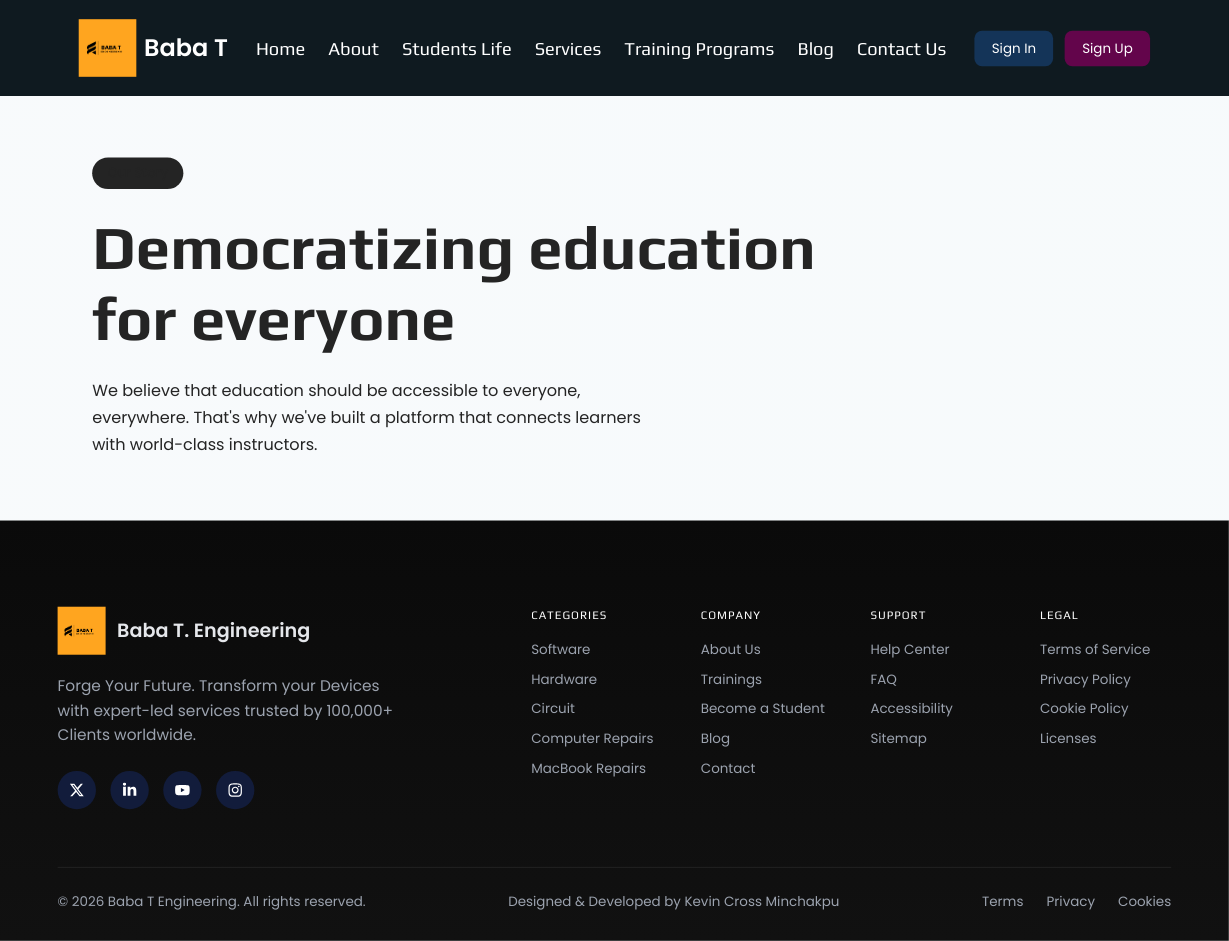
Repository: KC-Minchakpu/babatunde
Page: /about/history
An editor plug-in stored every save of this project. The page is shown before and after the next save, followed by the edit.
The browser window is 1280 px wide. The pictures show the whole page, at 96% of full size.
The project was rebuilt for these pictures with package versions that can differ from the ones it lists, and the page was loaded fresh each time. The framework's server and built-in components were replaced by stand-ins that run in the browser. Also part of the build but not shown: next.config.ts.

Above is the page before, as saved 2026-02-19 08:57:18.

### src/app/layout.tsx
import type { Metadata } from "next";
import { Play, Poppins } from "next/font/google";
import "./globals.css";
import Header from "@/components/Header/Header";
import Footer from "@/components/Footer/Footer";

const play = Play({
  variable: "--font-play",
  subsets: ["latin"],
  weight: ["400", "700"],
});

const poppins = Poppins({
  variable: "--font-poppins",
  subsets: ["latin"],
  weight: ["400", "500", "600", "700"],
});

export const metadata: Metadata = {
  title: "Baba T Engineering",
  description: "Official web app of Baba T Engineering, a leading engineering company specializing in innovative solutions and cutting-edge technology.",
};

export default function RootLayout({
  children,
}: Readonly<{
  children: React.ReactNode;
}>) {
  return (
    <html lang="en">
      <body
        className={`${play.variable} ${poppins.variable} antialiased`}
      >
        <Header />
        {children}
        <Footer />
      </body>
    </html>
  );
}

### src/app/about/history/page.tsx

import OurHistory from '@/components/About/OurHistoryHero';

export default function OurHistoryPage() {
  return (
    <>
      <OurHistory />
    </>
  );
}

### src/app/globals.css
@import "tailwindcss";

:root {
  --background: #f2fafa;
  --foreground: #1f1e1e;
}

body {
  background: var(--background);
  color: var(--foreground);
  font-family: var(--font-poppins);
}

h1, h2, h3, h4, h5, h6 {
  font-family: var(--font-play);
}

h1 {
  color: red;
  font-size: 35px;
}

### src/components/Header/Header.tsx
"use client";

import Link from "next/link";
import Image from "next/image";
import styles from "./Header.module.css";
import { useState } from "react";

const Header = () => {
  const [isOpen, setIsOpen] = useState(false);

  return (
    <header className={styles.header}>
      <div className={styles.container}>
        {/* Logo */}
        <div className={styles.logo}>
          <Link href="/">
            <Image
              src="/images/logo23.png"
              alt="Baba T Logo"
              width={60}
              height={60}
            />
          </Link>
          <span className={styles.logoText}>Baba T</span>
        </div>

        {/* Navigation */}
        <nav className={styles.nav}>
          <Link href="/">Home</Link>

          <div
            className={styles.dropdown}
            onMouseEnter={() => setIsOpen(true)}
            onMouseLeave={() => setIsOpen(false)}
          >
            <span className={styles.dropdownToggle}>About</span>

            {isOpen && (
              <div className={styles.dropdownMenu}>
                <Link href="/about/history">Our History</Link>
                <Link href="/about/team">Our Team</Link>
                <Link href="/about/mission">Mission & Vision</Link>
                <Link href="/about/values">Core Values</Link>
                <Link href="/about/careers">Careers</Link>
              </div>
            )}
          </div>

          <Link href="/students-life">Students Life</Link>
          <Link href="/services">Services</Link>
          <Link href="/training-programs">Training Programs</Link>
          <Link href="/blog">Blog</Link>
          <Link href="/contact">Contact Us</Link>
        </nav>

        {/* Auth Buttons */}
        <div className={styles.actions}>
          <button className={styles.signIn}>Sign In</button>
          <button className={styles.signUp}>Sign Up</button>
        </div>
      </div>
    </header>
  );
};

export default Header;

### src/components/Footer/Footer.tsx
"use client";

import Image from "next/image";
import styles from "./Footer.module.css";
import {
  FaXTwitter,
  FaLinkedinIn,
  FaYoutube,
  FaInstagram
} from "react-icons/fa6";

export default function Footer() {
  return (
    <footer className={styles.footer}>
      <div className={styles.container}>
        <div className={styles.topSection}>

          {/* LEFT BRAND AREA */}
          <div className={styles.brand}>
            <div className={styles.logo}>
              <Image
                src="/images/logo23.png"
                alt="Baba T Logo"
                width={50}
                height={50}
              />
              <span>Baba T. Engineering</span>
            </div>

            <p>
              Forge Your Future. Transform your Devices with expert-led services
              trusted by 100,000+ Clients worldwide.
            </p>

            {/* SOCIAL ICONS */}
            <div className={styles.socials}>
              <a href="#" aria-label="Twitter">
                <FaXTwitter />
              </a>
              <a href="#" aria-label="LinkedIn">
                <FaLinkedinIn />
              </a>
              <a href="#" aria-label="YouTube">
                <FaYoutube />
              </a>
              <a href="#" aria-label="Instagram">
                <FaInstagram />
              </a>
            </div>
          </div>

          {/* LINKS GRID */}
          <div className={styles.linksGrid}>
            <div>
              <h4>CATEGORIES</h4>
              <a>Software</a>
              <a>Hardware</a>
              <a>Circuit</a>
              <a>Computer Repairs</a>
              <a>MacBook Repairs</a>
            </div>

            <div>
              <h4>COMPANY</h4>
              <a>About Us</a>
              <a>Trainings</a>
              <a>Become a Student</a>
              <a>Blog</a>
              <a>Contact</a>
            </div>

            <div>
              <h4>SUPPORT</h4>
              <a>Help Center</a>
              <a>FAQ</a>
              <a>Accessibility</a>
              <a>Sitemap</a>
            </div>

            <div>
              <h4>LEGAL</h4>
              <a>Terms of Service</a>
              <a>Privacy Policy</a>
              <a>Cookie Policy</a>
              <a>Licenses</a>
            </div>
          </div>
        </div>

        <div className={styles.divider}></div>

        <div className={styles.bottomBar}>
          <p>© 2026 Baba T Engineering. All rights reserved.</p>
          <p>Designed & Developed by Kevin Cross Minchakpu</p>

          <div className={styles.bottomLinks}>
            <a>Terms</a>
            <a>Privacy</a>
            <a>Cookies</a>
          </div>
        </div>
      </div>
    </footer>
  );
}

### src/components/About/OurHistoryHero.tsx
import styles from './OurHistoryHero.module.css';

export default function OurHistoryHero() {
  return (
    <section className={styles.hero}>
      <div className={styles.content}>
        <span className={styles.badge}>Our Story</span>

        <h1 className={styles.heading}>
          Democratizing education <br />
          for <span>everyone</span>
        </h1>

        <p className={styles.description}>
          We believe that education should be accessible to everyone,
          everywhere. That&apos;s why we&apos;ve built a platform that connects
          learners with world-class instructors.
        </p>
      </div>
    </section>
  );
}

### src/components/Header/Header.module.css
.header {
  width: 100%;
  height: 100px;
  background: #0F1A20;
  padding: 20px;
  position: sticky;
  top: 0;
  z-index: 1000;
}

.container {
  width: 90%;
  margin: 0 auto;
  display: flex;
  align-items: center;
  justify-content: space-between;
}

/* Logo */
.logo {
  display: flex;
  align-items: center;
  gap: 8px;
  cursor: pointer;
}

.logoCircle {
  width: 40px;
  height: 40px;
  border-radius: 50%;
  background: linear-gradient(135deg, #8e2de2, #4a00e0);
  display: flex;
  align-items: center;
  justify-content: center;
  color: white;
  font-weight: bold;
}

.logoText {
  font-size: 25px;
  font-weight: 600;
  color: #ffffff;
  font-family: "Poppins", sans-serif;
}

/* Nav */
.nav {
  display: flex;
  align-items: center;
  gap: 24px;
  font-family: 'Play', sans-serif;

}

.nav a,
.dropdownToggle {
  color: #ffffff;
  text-decoration: none;
  font-size: 19px;
  cursor: pointer;
  position: relative;
  transition: color 0.3s ease;
}

.nav a:hover,
.dropdownToggle:hover {
  color: #FFD23F;
}

/* Dropdown */
.dropdown {
  position: relative;
}

.dropdownMenu {
  position: absolute;
  width: 250px;
  top: 35px;
  left: 0;
  background: #0F1A20;
  border-radius: 8px;
  padding: 10px 0;
  min-width: 180px;
  box-shadow: 0 10px 25px rgba(0, 0, 0, 0.15);
  display: flex;
  flex-direction: column;
}

.dropdownMenu a {
  padding: 10px 16px;
  color: #ffffff;
  font-size: 19px;
  text-decoration: none;
  transition: background 0.2s ease;
}

.dropdownMenu a:hover {
  color: #FFD23F;
}

/* Buttons */
.actions {
  display: flex;
  gap: 12px;
}

.signIn {
  padding: 8px 18px;
  border-radius: 8px;
  border: none;
  cursor: pointer;
  color: white;
  background: #143458;
  font-size: 14px;
}

.signUp {
  padding: 8px 18px;
  border-radius: 8px;
  border: none;
  cursor: pointer;
  color: white;
  background: #63054b;
  font-size: 14px;
}

/* Responsive */
@media (max-width: 1024px) {
  .nav {
    display: none;
  }
}

### src/components/Footer/Footer.module.css
.footer {
  background: linear-gradient(
    180deg,
    #0a0a0a,
    #111111
  );
  color: #e5e7eb;
  padding: 90px 0 30px;
}

.container {
  max-width: 1200px;
  margin: 0 auto;
  padding: 0 20px;
}

/* TOP SECTION */
.topSection {
  display: flex;
  justify-content: space-between;
  gap: 60px;
}

/* BRAND */
.brand {
  flex: 1.3;
}

.logo {
  display: flex;
  align-items: center;
  gap: 12px;
  font-weight: 600;
  font-size: 20px;
  margin-bottom: 20px;
}

.logoBox {
  width: 34px;
  height: 34px;
  border-radius: 10px;
  background: linear-gradient(135deg, #14b8a6, #f97316);
}

.brand p {
  color: #9ca3af;
  line-height: 1.6;
  margin-bottom: 24px;
  max-width: 350px;
}

/* =========================
   SOCIAL ICONS
========================= */
.socials {
  display: flex;
  gap: 15px;
  margin-top: 20px;
}

.socials a {
  width: 40px;
  height: 40px;
  background: #121c3b;
  border-radius: 50%;
  display: flex;
  align-items: center;
  justify-content: center;
  color: #ffffff;
  font-size: 16px;
  transition: all 0.3s ease;
}

.socials a:hover {
  background: #f8af28;
  transform: translateY(-4px);
}


/* LINKS GRID */
.linksGrid {
  flex: 2;
  display: grid;
  grid-template-columns: repeat(4, 1fr);
  gap: 40px;
}

.linksGrid h4 {
  font-size: 12px;
  letter-spacing: 1px;
  margin-bottom: 16px;
  color: #ffffff;
}

.linksGrid a {
  display: block;
  font-size: 14px;
  color: #9ca3af;
  margin-bottom: 10px;
  cursor: pointer;
  transition: color 0.3s ease;
}

.linksGrid a:hover {
  color: #ffffff;
}

/* DIVIDER */
.divider {
  height: 1px;
  background: rgba(255, 255, 255, 0.08);
  margin: 60px 0 25px;
}

/* BOTTOM BAR */
.bottomBar {
  display: flex;
  justify-content: space-between;
  align-items: center;
  font-size: 14px;
  color: #9ca3af;
}

.bottomLinks {
  display: flex;
  gap: 24px;
}

.bottomLinks a {
  cursor: pointer;
  transition: color 0.3s ease;
}

.bottomLinks a:hover {
  color: white;
}

/* RESPONSIVE */
@media (max-width: 1024px) {
  .topSection {
    flex-direction: column;
    gap: 50px;
  }

  .linksGrid {
    grid-template-columns: repeat(2, 1fr);
  }

  .bottomBar {
    flex-direction: column;
    gap: 15px;
    text-align: center;
  }
}

@media (max-width: 600px) {
  .linksGrid {
    grid-template-columns: 1fr;
  }
}

### src/components/About/OurHistoryHero.module.css
.hero {
  position: relative;
  min-height: 50vh;
  display: flex;
  align-items: center;
  padding: 4rem 6rem;
  background: linear-gradient(
      to right,
      rgba(248, 250, 252, 0.95),
      rgba(248, 250, 252, 0.8)
    );

  color: #242424;
}

.content {
  max-width: 960px;
}

.badge {
  display: inline-block;
  padding: 0.4rem 1rem;
  border-radius: 999px;
  background: #242424;
  font-size: 0.85rem;
  font-weight: 500;
  margin-bottom: 1.5rem;
}

.heading {
  font-size: clamp(2.5rem, 5vw, 4rem);
  font-weight: 700;
  line-height: 1.15;
  margin-bottom: 1.5rem;
  color:#242424
}

.heading span {
  background: #242424;
  -webkit-background-clip: text;
  background-clip: text;
  -webkit-text-fill-color: transparent;
}

.description {
  font-size: 1.05rem;
  line-height: 1.7;
  color: #242424;
  max-width: 600px;
}

After the next save:
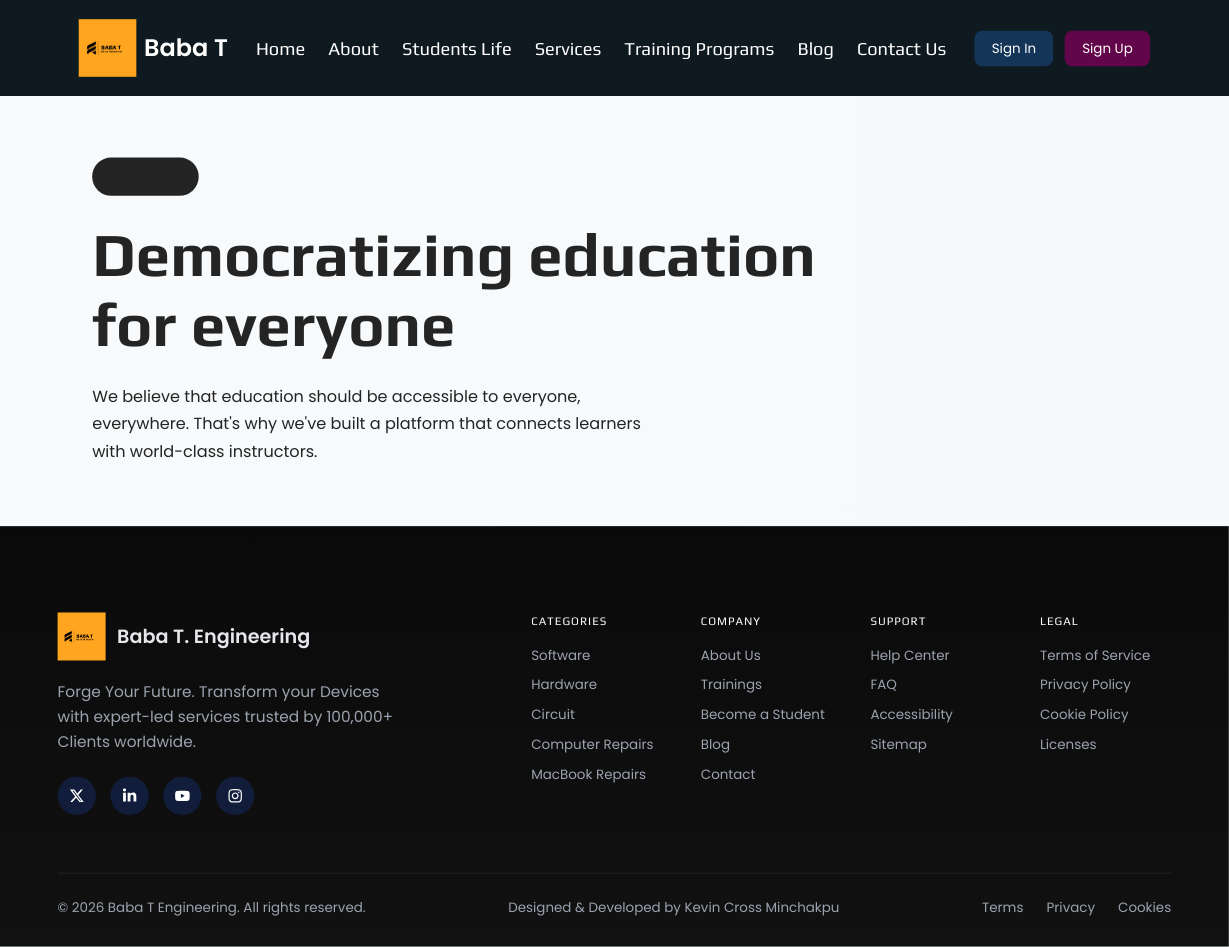
Saved 23 s later.
--- a/src/components/About/OurHistoryHero.module.css
+++ b/src/components/About/OurHistoryHero.module.css
@@ -19,7 +19,7 @@
 
 .badge {
   display: inline-block;
-  padding: 0.4rem 1rem;
+  padding: 0.6rem 1.5rem;
   border-radius: 999px;
   background: #242424;
   font-size: 0.85rem;
